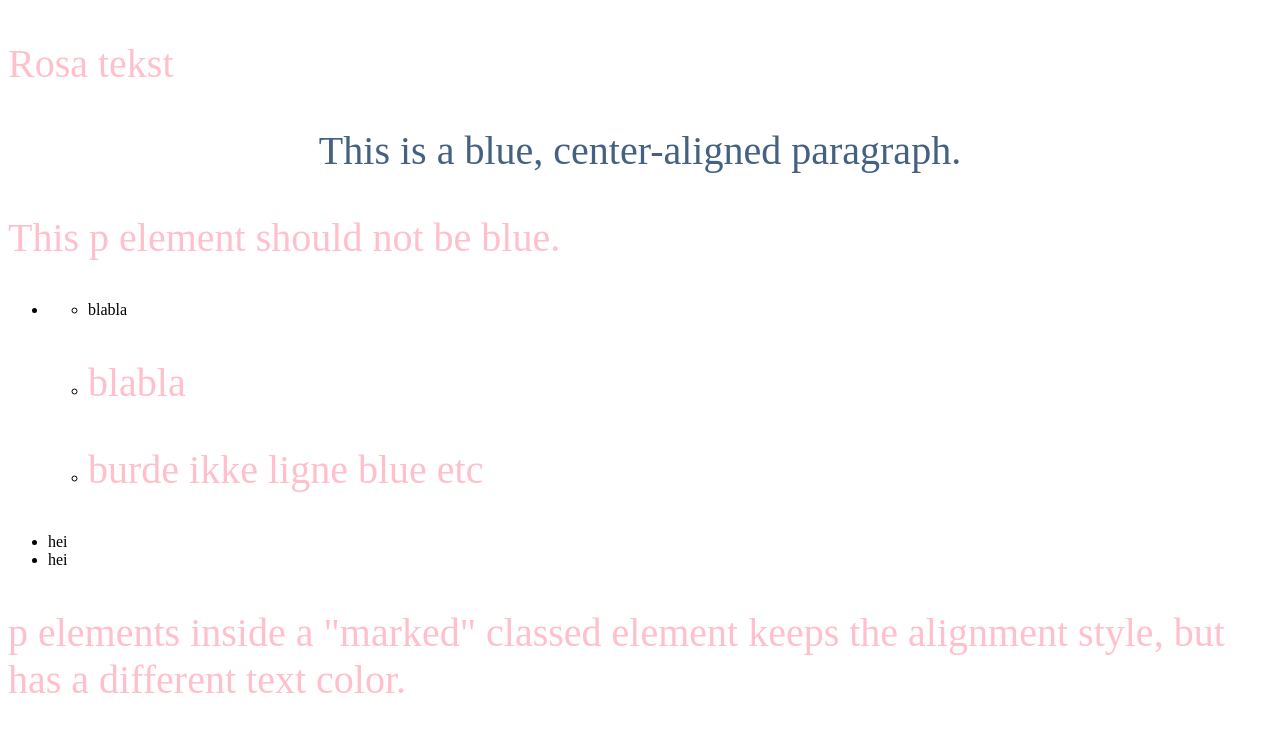
Repository: mesan/css-kurs
Page: kode/wroom/html-snippets/noNO.html
The author's editor kept a copy of each file at every save. The page is drawn from the files as they stood at one save, then again after the next save.
The browser window is 1280 px wide. The pictures show the whole page.

Above is the page before, as saved 2013-01-22 22:41:19.

### kode/wroom/html-snippets/noNO.html
<!DOCTYPE html>
<html>
	<head>
		<style>
			p {
				color: pink;
				font-size: 40px;
				/*color: blue;
				text-align: center;*/
			}


/*******************************************
 * Not so good examples:
 *******************************************/
p.overskriftPaaSideTre{ color: #446181; font-size: 40px; text-align: center; }
.markert { background-color: red; }
.markert p { color: white; }
.markert li ul li p { color: yellow; padding: 0; margin: 0; text-align: left; }
.markert li ul li p a { color: green; }
.tekst1 { font-size: 16px; font-weight: bold; }
.tekst2 { font-size: 14px; font-family: Geneva; color: blue; }
#tekst3 { font-size: 14px; font-family: Geneva; color: black; }
.fiskebollegryteStorVenstre { float:left; }
article #comments ul > li > a.button { /* Uffda */ }


		</style>
	</head>

	<body>

		<p>Rosa tekst</p>

	</body>



		<p class="overskriftPaaSideTre">
			This is a blue, center-aligned paragraph.
		</p>
		<div class="overskriftPaaSideTre">
			<p>
				This p element should not be blue.
			</p>
			<ul>
				<li>
					<ul>
						<li>
							blabla
						</li>
						<li>
							<p>
								blabla
							</p>
						</li>
						<li>
							<p>
								<a class="overskriftPaaSideTre">burde ikke ligne blue etc</a>
							</p>
						</li>
					</ul>
				</li>
				<li>
					hei
				</li>
				<li>
					hei
				</li>
			</ul>
		</div>
		<p>
			p elements inside a "marked" classed element keeps the alignment style, but has a different text color.
		</p>
	</body>
</html>

After the next save:
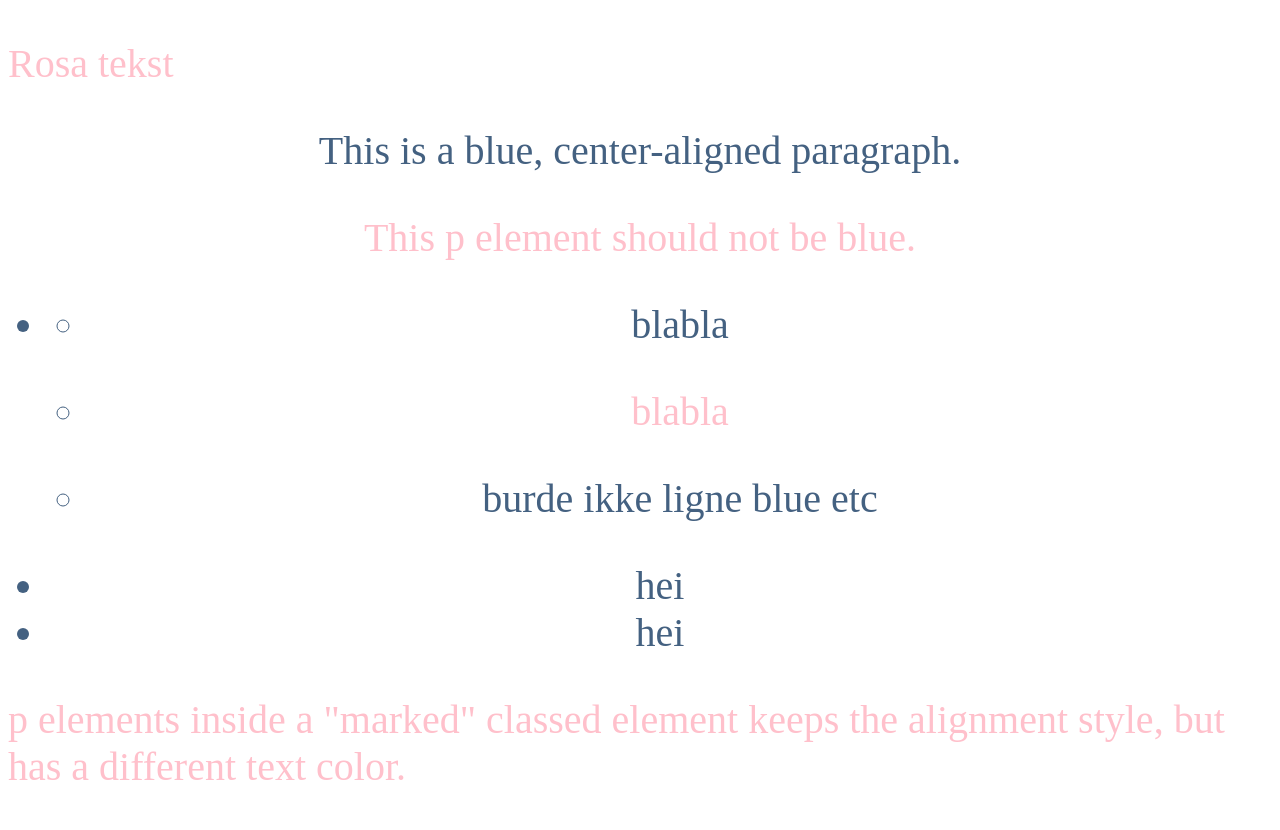
Saved 21 s later.
--- a/kode/wroom/html-snippets/noNO.html
+++ b/kode/wroom/html-snippets/noNO.html
@@ -13,7 +13,7 @@
 /*******************************************
  * Not so good examples:
  *******************************************/
-p.overskriftPaaSideTre{ color: #446181; font-size: 40px; text-align: center; }
+.overskriftPaaSideTre{ color: #446181; font-size: 40px; text-align: center; }
 .markert { background-color: red; }
 .markert p { color: white; }
 .markert li ul li p { color: yellow; padding: 0; margin: 0; text-align: left; }
